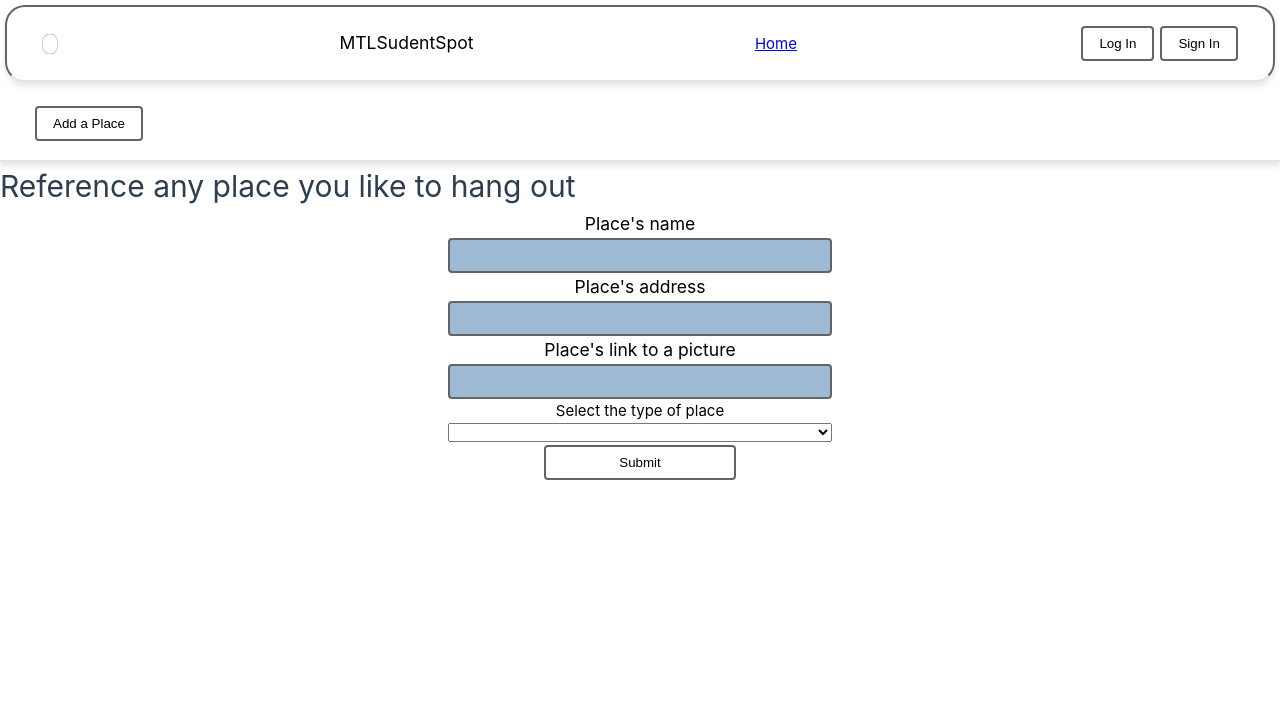
Repository: KevMn6ix/MOD8-2232-GRA-Damois-Leroi--Morant-Munto
Page: /places/add (app in client/)
An editor plug-in stored every save of this project. The page is shown before and after the next save, followed by the edit.
The browser window is 1280 px wide. The pictures show the whole page.
The project was rebuilt for these pictures with package versions that can differ from the ones it lists, and the page was loaded fresh each time. Also part of the build but not shown: client/vite.config.js, client/src/components/HelloWorld.vue, client/src/services/Api.js, client/src/services/AuthentificationService.js, client/src/components/Login.vue, client/src/views/LoginPage.vue, client/src/components/RowLandingPage.vue, client/src/components/PlaceItem.vue and 1 more.

Above is the page before, as saved 2023-10-18 15:15:12.

### client/index.html
<!DOCTYPE html>
<html lang="en">
  <head>
    <meta charset="UTF-8">
    <link rel="icon" href="/favicon.ico">
    <link href="https://cdnjs.cloudflare.com/ajax/libs/font-awesome/5.15.3/css/all.min.css" rel="stylesheet">

    <meta name="viewport" content="width=device-width, initial-scale=1.0">
    <title>Vite App</title>
  </head>
  <body>
    <div id="app"></div>
    <script type="module" src="/src/main.js"></script>
  </body>
</html>

### client/src/assets/main.css
@import './base.css';
/*
#app {
  max-width: 1280px;
  margin: 0 auto;
  padding: 2rem;

  font-weight: normal;
}

a,
.green {
  text-decoration: none;
  color: hsla(160, 100%, 37%, 1);
  transition: 0.4s;
}

@media (hover: hover) {
  a:hover {
    background-color: hsla(160, 100%, 37%, 0.2);
  }
}

@media (min-width: 1024px) {
  body {
    display: flex;
    place-items: center;
  }

  #app {
    display: grid;
    grid-template-columns: 1fr 1fr;
    padding: 0 2rem;
  }
}
*/
@media (prefers-color-scheme: dark) {
  button {
    color:black;
  }
  input {
    color: white;
    background-color: black;
  }
}

### client/src/App.vue
<script setup>
import { RouterLink, RouterView } from 'vue-router'
import HelloWorld from './components/HelloWorld.vue'
</script>

<template >
  <RouterView />

</template>

<style scoped>
template {
  display: flex;
  flex-direction: column;
}

header {
  line-height: 1.5;
  max-height: 100vh;
}

.logo {
  display: block;
  margin: 0 auto 2rem;
}

nav {
  width: 100%;
  font-size: 12px;
  text-align: center;
  margin-top: 2rem;
}

nav a.router-link-exact-active {
  color: var(--color-text);
}

nav a.router-link-exact-active:hover {
  background-color: transparent;
}

nav a {
  display: inline-block;
  padding: 0 1rem;
  border-left: 1px solid var(--color-border);
}

nav a:first-of-type {
  border: 0;
}

@media (min-width: 1024px) {
  header {
    display: flex;
    place-items: center;
    padding-right: calc(var(--section-gap) / 2);
  }

  .logo {
    margin: 0 2rem 0 0;
  }

  header .wrapper {
    display: flex;
    place-items: flex-start;
    flex-wrap: wrap;
  }

  nav {
    text-align: left;
    margin-left: -1rem;
    font-size: 1rem;

    padding: 1rem 0;
    margin-top: 1rem;
  }
}
</style>

### client/src/router/index.js
import { createRouter, createWebHistory } from 'vue-router'
import HomeView from '../views/HomeView.vue'

const router = createRouter({
  history: createWebHistory(import.meta.env.BASE_URL),
  routes: [
    {
      path: '/',
      name: 'home',
      component: HomeView
    },
    {
      path: '/about',
      name: 'about',
      // route level code-splitting
      // this generates a separate chunk (About.[hash].js) for this route
      // which is lazy-loaded when the route is visited.
      component: () => import('../views/AboutView.vue')
    },
    {
      path: '/login',
      name: 'login',

      component: () => import('../views/LoginPage.vue')
    },
    {
      path: '/register',
      name:'register',

      component: () => import('../views/RegisterPage.vue')
    },
    {
      path: '/places/:types',
      name: 'PlacesList',

      component: () => import('../views/PlaceListView.vue')
    },
    {
      path: '/places/review/:id',
      name : 'review',

      component: () => import('../views/PlaceReview.vue')
    },
    {

      path: '/places/:types/:id',
      name: 'PlacePage',

      component: () => import('../views/PlacesPage.vue')

    },
    {
      path: '/places/add',
      name: 'AddPlace',

      component: () => import('../views/AddPageView.vue')
    }
  ]
})

export default router

### client/src/views/HomeView.vue
<script setup>
import { ref } from 'vue'
import NavBar from '../components/NavBar.vue';
import RowLandingPage from '../components/RowLandingPage.vue';
import PlaceList from '../components/PlaceList.vue';
import { RouterLink} from 'vue-router'
import UsePlaceService from '../../server/services/places-service.js';
const userInput = ref('');
const placeService = UsePlaceService();
console.log(placeService.findPlaces())
const tempListPlace = placeService.findPlace()
console.log(tempListPlace)
</script>

<template>
  <header>
    <NavBar @user-input="(termInputed) => {userInput = termInputed;}"/>
  </header>

  <main id="home-body">
    <div v-if="userInput === ''">
    <h1>
      Visit the most beautiful places with MTL<br>Student Spot !
    </h1>
    <ul id="browse">
      <li id="travel"><RouterLink :to="{name : 'PlacesList', params : {types: 'travel'}}"><RowLandingPage textId="travel" textTitle="Travel"/></RouterLink></li>
      <li id="restaurant"><RouterLink :to="{name : 'PlacesList', params : {types: 'restaurants'}}"><RowLandingPage textId="restaurant" textTitle="Restaurant"/></RouterLink></li>
      <li id="activity"><RouterLink :to="{name : 'PlacesList', params : {types: 'activities'}}"><RowLandingPage textId="activity" textTitle="Activity"/></RouterLink></li>
  </ul>
  </div>
  <div v-else id="research">
    <PlaceList :searchTerms="userInput" :placeArray="placeService.findPlaces()"/>
  </div>
  </main>
  <footer>
    <a href="#" aria-label="SoundCloud">
        <i class="footer-icon">🎵</i>  <!-- Emoji used as placeholder for your icons -->
    </a>
    <a href="#" aria-label="Twitter">
        <i class="footer-icon">🐦</i>  <!-- Emoji used as placeholder for your icons -->
    </a>
    <a href="#" aria-label="YouTube">
        <i class="footer-icon">▶️</i>  <!-- Emoji used as placeholder for your icons -->
    </a>
    <a href="#" aria-label="Instagram">
        <i class="footer-icon">📷</i>  <!-- Emoji used as placeholder for your icons -->
    </a>
    <a href="#" aria-label="Facebook">
        <i class="footer-icon">📘</i>  <!-- Emoji used as placeholder for your icons -->
    </a>
  </footer>

</template>
<style scoped>
body, html {
    font-family: Arial, sans-serif;
    margin: 0;
    padding: 0;
}

:root {
    --color-background-header: #9fbad4;
    --color-background-default: #9fbad4;
    --color-background-travel: #a2c4ec;
    --color-background-activity: #9EB3CB;
    --text-color-default: #FFF;
    --border-color-place: #FFF;

}

/* Dark Mode Variables */
@media (prefers-color-scheme: dark) {
    :root {
        --color-background-header: #9fbad4;  /* Adjusted for contrast in dark mode */
        --text-color-default: #FFF;
        --border-color-place: #000;
        /* The blue shades remain the same as you wanted */
    }
}

/* Header styles */
header {
    display: flex;
    justify-content: space-between;
    align-items: center;
    padding: 1rem 2rem;
    background-color: var(--color-background-header);
    color: var(--text-color-default);
    box-shadow: 0 4px 6px rgba(0, 0, 0, 0.1);
    border-bottom: 2px solid rgba(0, 0, 0, 0.1);
}

header > div:last-child {
    display: flex;
    gap: 1rem;

    a, button {
        padding: 0.5rem 1rem;
        border-radius: 0.25rem;
        transition: background-color 0.3s ease;
        text-decoration: none;
    }

    button {
        background-color: var(--color-background-travel);
        color: #FFF;
        border: none;
        cursor: pointer;
    }

    a {
        color: var(--text-color-default);
    }

    button:hover, a:hover {
        background-color: #7faedc;
    }
}

/* Main content styles */
main {

    background-color: var(--color-background-default);
    text-align: center;
    padding: 2rem 0;
    color: var(--text-color-default);
}

#home-body {

    background-image: url('../assets/montrealbynight.jpg');
    background-size: 1520px;
    background-repeat: repeat;
    background-position: 30%;
    position: relative;
    z-index: 1;
}

#home-body::before {
    content: '';
    display: block;
    position: absolute;
    top: 0;
    right: 0;
    bottom: 0;
    left: 0;
    background-color: rgba(2, 7, 16, 0.84);
    z-index: -1;
}

h1 {
    font-size: 2.5rem;
    margin-bottom: 2rem;
    color: white;
}

ul#browse {
    list-style: none;
    padding: 0;
    display: flex;
    flex-direction: column;
    margin: 0;
}

ul#browse li {
  padding: 0;
  margin: 0px;
  border: 8px solid #fff;
  border-right: 4px solid #fff;
  border-left: 4px solid #fff;
  border-bottom: 0px;
  transition: background-color 0.3s ease;
  background-color: rgba(2, 7, 16, 0.84);
  height: 350px;
  background-size: cover;
  display: flex;
  justify-content: center;
  align-items: center;
  font-weight: bold;

}

ul#browse li#activity{

    border-bottom: 8px solid #fff;

}

@media (prefers-color-scheme: dark){

    ul#browse li{

        border: 8px solid #5c5a5a;
        border-right: 4px solid #5c5a5a;
        border-left: 4px solid #5c5a5a;

    }

    ul#browse li#activity{

        border-bottom: 8px solid #5c5a5a;

    }

}

ul#browse li > * {
    color: black;
    font-weight: bold;
    width: 100%;
    text-align: center;
}

#travel > *{
    text-align: left;
}

#restaurant > *{
    text-align: right;
}


#restaurant, #travel, #activity {
    background-size: cover;
    position: relative;
}

#restaurant::before, #travel::before, #activity::before {

    content: "";
    position: absolute;
    top: 0;
    right: 0;
    bottom: 0;
    left: 0;
    background-color: inherit;
    opacity: 0.40;
    pointer-events: none;
}


#restaurant {
    background-image: url('../assets/restaurant.jpg');
    background-color: var(--color-background-default);
    background-position: center;
    justify-content: flex-end;
}

#travel {
    background-image: url('../assets/travel.jpg');
    background-color: var(--color-background-travel);
    background-position: center;
    justify-content: flex-start;
}

#activity {
    background-image: url('../assets/jetski.jpg');
    background-color: var(--color-background-activity);
    background-position: center;
    justify-content: flex-start;

}

/* Add hover effects */
ul#browse li:hover {
    background-color: rgba(0, 0, 0, 0.1);
}

/* Footer styles */
footer {
  z-index: 1000;
    display: flex;
    justify-content: space-around;
    align-items: center;
    bottom: 0;

    left: 0;
    width: 100%;
    background-color: #1a1a1a;
    padding: 10px 0;
}

.footer-icon {
    font-size: 24px;
    color: white;
    transition: 0.3s;
}

footer a:hover .footer-icon {
    color: #A5BDD9;
}

/* Media Queries for screen size */
@media screen and (max-width: 768px) {  /* For tablets */
    header {
        flex-direction: column;
    }

    ul#browse {
        gap: 0.5rem;
    }

    footer {
        flex-wrap: wrap;
    }
}

@media screen and (max-width: 480px) {  /* For mobile phones */
    header > div {
        flex-direction: column;
        gap: 0.5rem;
    }

    h1 {
        font-size: 2rem;
    }

    ul#browse li {
        padding: 0.5rem 0;
    }

    footer {
        flex-direction: column;
    }
}
</style>

### client/src/views/AddPageView.vue
<script setup>
import { RouterLink } from 'vue-router';
import TheAddPlaceForm from '../components/TheAddPlaceForm.vue';
import  BarOutsideHome from '../components/BarOutsideHome.vue';
import UsePlaceService from '../../server/services/places-service.js';
const placeService = UsePlaceService()
</script>
<template>
    <header>
        <BarOutsideHome/>
    </header>
    <h1>
        Reference any place you like to hang out
    </h1>
    <TheAddPlaceForm @user-input="(termInputed) => {placeService.addPlace(termInputed.Title, termInputed.Address, termInputed.Type, termInputed.Picture); console.log(UsePlaceService().findPlaces())}"/>
</template>
<style scoped>
*{
    min-width: 333px;
}

header >*{
    display: flex;
    justify-content: space-between;
    align-items: center;
    padding: 1rem 2rem;
    background-color: var(--color-background-header);
    color: var(--text-color-default);
    box-shadow: 0 4px 6px rgba(0, 0, 0, 0.1);
    border-bottom: 2px solid rgba(0, 0, 0, 0.1);
}

header > div:last-child {
    display: flex;
    gap: 1rem;

    a, button {
        padding: 0.5rem 1rem;
        border-radius: 0.25rem;
        transition: background-color 0.3s ease;
        text-decoration: none;
    }

    button {
        background-color: var(--color-background-travel);
        color: #FFF;
        border: none;
        cursor: pointer;
    }

    a {
        color: var(--text-color-default);
    }

    button:hover, a:hover {
        background-color: #7faedc;
    }
}
</style>

### client/src/components/NavBar.vue
<script setup>
import { ref } from 'vue'
import LoginPage from '../views/LoginPage.vue'
import TheSubHeader from './TheSubHeader.vue';
const emit = defineEmits(['user-input'])
const UserInput = ref('')
function sendUserInput() {
    console.log(UserInput.value)
    emit('user-input', UserInput.value)
}
</script>
/** This component is hte bar at the top of the screen */
<template>
    <nav id="head-bar">
        <img src="../assets/logoMTL.png">
        <h3>
            MTLSudentSpot
        </h3>
        <input type="text" v-model="UserInput" @input="sendUserInput">
        <div>
        <router-link to='/login'>
        <button>
            Log In
        </button>
        </router-link>
        <router-link to="/register">
        <button>
            Sign In
        </button>
        </router-link>
    </div>
    <div id="sub-header">
    <TheSubHeader/></div>
    </nav>

</template>
<style>

:root{

    --color-navbar: #9fbad4;
    --text-navbar-color-default: #000;
    --color-input: #9fbad4;
    --button-border: #646464;
    --color-button: #fff;
    --button-hover: #7faedc;
}

@media (prefers-color-scheme: dark){

    :root{

        --text-navbar-color-default: #FFF;
        --color-navbar: #211f1f;
        --color-input: #312e2e;
        --button-border: #646464;
        --color-button: #312e2e;
        --button-hover: #646464;

    }

}

nav {
    display: flex;
    justify-content: space-between;
    align-items: center;
    background-color: var(--color-navbar);
    padding: 1rem 2rem;
    box-shadow: 0 4px 6px rgba(0, 0, 0, 0.1);
    border-bottom: 2px solid rgba(0, 0, 0, 0.1);
    border-radius: 20px;
    border: 2px solid var(--button-border);
    margin: 5px;
}

h3{

    color: var(--text-navbar-color-default);

}

button {
    background-color: var(--color-button);
    color: var(--text-navbar-color-default);
    border: none;
    padding: 0.5rem 1rem;
    border-radius: 0.25rem;
    cursor: pointer;
    transition: background-color 0.3s ease;
    margin: 3px;
    border: 2px solid var(--button-border);
}

button:hover {
    background-color: var(--button-hover);
}

button:visited {
    color: white; /* Set the text color to yellow when the button is active (clicked) */
}

img {
    height: 20px;
    width: 16px;
}

input {
    flex-grow: 3;
    padding: 0.5rem;
    border: none;
    border-radius: 0.25rem;
    background-color: var(--color-input);
    color: var(--text-navbar-color-default);
    border: 2px solid var(--button-border);
    margin: 0 1rem;
}

#sub-header {
    text-align: center;
}
</style>

### client/server/services/places-service.js
let id = 0;
const placeList = [
  {Id: ++id, Type: "restaurant", Title: "Brutopia", Address: "888 rjij", Rating: 4, HygieneRating: 5, AmbianceRating: 3, PriceRating: 5, Picture: "https://css-tricks.com/wp-content/uploads/2018/10/align-items.svg"},
  {Id: ++id, Type: "activity",Title: "cheval blanc", Address: "56656 fd", Rating: 3, HygieneRating: 3, AmbianceRating: 4, PriceRating: 2},
  {Id: ++id, Type: "travel",Title: "nyx", Address: "86 sfd", Rating: 3, HygieneRating: 4, AmbianceRating: 4, PriceRating: 2},
  {Id: ++id, Type: "restaurant",Title: "bnyx", Address: "86 sfd", Rating: 3, HygieneRating: 4, AmbianceRating: 4, PriceRating: 2, Picture:"https://cdn4.buysellads.net/uu/1/134955/1685040267-designdotdev5.jpg"}
]

let idRating = 0
const PlaceRating = [
    {Id: ++idRating, IdPlace: 2, HygieneRating: 3, AmbianceRating: 4, PriceRating: 2, CommentRate:"Nice place."},
    {Id: ++idRating, IdPlace: 1, HygieneRating: 5, AmbianceRating: 3, PriceRating: 5, CommentRate:"I like to go there."},
    {Id: ++idRating, IdPlace: 4, HygieneRating: 4, AmbianceRating: 4, PriceRating: 2, CommentRate:"They cook my favorite food."},
    {Id: ++idRating, IdPlace: 3, HygieneRating: 4, AmbianceRating: 4, PriceRating: 2, CommentRate:"I went there while visiting."}
]


function findPlaces() {
    return placeList
}

function findPlace(id) {
    for (let place of placeList) {
        if (place.Id == id) {
            return place
        }

    }
    return null
}

function sumAmbiance(listOfRatings) {
    let res = 0;
    for (let rating of listOfRatings) {
        res += rating.AmbianceRating;
    }
    console.log(res)
    return res;
}

function sumHygiene(listOfRatings) {
    let res = 0;
    for (let rating of listOfRatings) {
        res += rating.HygieneRating;
    }

    return res;
}
function sumPrice(listOfRatings) {
    let res = 0;
    for (let rating of listOfRatings) {
        res += rating.PriceRating;
    }
    console.log(res)
    return res;
}

function findRatingsAbout(id) {
    /*console.log(PlaceRating)*/
    return PlaceRating.filter((rating) => {  return rating.IdPlace == id});
}

function actualiseRating(id) {
    const place = findPlace(id);
    console.log(findRatingsAbout(id))
    place.AmbianceRating = Math.round(sumAmbiance(findRatingsAbout(id))/(findRatingsAbout(id).length))
    place.PriceRating = Math.round(sumPrice(findRatingsAbout(id))/(findRatingsAbout(id).length))
    place.AmbianceRating = Math.round(sumHygiene(findRatingsAbout(id))/(findRatingsAbout(id).length))
    place.Rating = Math.round((place.AmbianceRating + place.HygieneRating + place.PriceRating)/3);
}

function addRating(idPlace, hygieneRating, ambianceRating, priceRating, commentRate) {
    /*
    console.log("^^^^^^^^^^^^^^^^^^^^^^^^")
    console.log(idPlace)
    console.log("^^^^^^^^^^^^^^^^^^^^^^^^^^^^")
    */
   const newRating = {}
   newRating["Id"] = idRating++
   newRating["IdPlace"] = placeList[idPlace - 1].Id
   newRating["HygieneRating"] = hygieneRating
   newRating["AmbianceRating"] = ambianceRating
   newRating["PriceRating"] = priceRating
   newRating["CommentRate"] = commentRate
    PlaceRating.push(newRating)
    /*
    console.log("#################")
    console.log(PlaceRating[idRating - 1].IdPlace)
    console.log("##############################")
    */
    actualiseRating(idPlace)
}


function findRatings() {
    return PlaceRating
}

function findRating(id) {
    for (let rating of PlaceRating) {
        if (rating.Id == id) {
            return rating
        }

    }
    return null
}





function addPlace(title, address, type, picture) {
    const newPlace = {}
    newPlace["Id"] =id++
    newPlace["Type"] =type
    newPlace["Title"] =title
    newPlace["Address"] =address
    newPlace["Rating"] =0
    newPlace["HygieneRating"] =0
    newPlace["AmbianceRating"] =0
    newPlace["PriceRating"] =0
    newPlace["Picture"] =picture
    placeList.push(newPlace)
}


export default function UsePlaceService () {
    return {
    findPlaces,
    findPlace,
    addPlace,
    findRatings,
    findRating,
    addRating,
    findRatingsAbout
}}

### client/src/components/BarOutsideHome.vue
<script setup>
import { ref } from 'vue'
import LoginPage from '../views/LoginPage.vue'
import { RouterLink } from 'vue-router';
import TheSubHeader from './TheSubHeader.vue';
const emit = defineEmits(['user-input'])
const UserInput = ref('')
function sendUserInput() {
    console.log(UserInput.value)
    emit('user-input', UserInput.value)
}
</script>
/** This component is the bar at the top of the screen */
<template>
    <nav id="head-bar">
        <img src="../assets/logoMTL.png">
        <h3>
            MTLSudentSpot
        </h3>
        <RouterLink to="/">
            Home
        </RouterLink>
        <div>
        <router-link to='/login'>
        <button>
            Log In
        </button>
        </router-link>
        <router-link to="/register">
        <button>
           Sign In
        </button>
    </router-link>
    </div>
</nav>
<div id="sub-header">
<TheSubHeader/></div>
</template>
<style>
nav {
    display: flex;
    flex-wrap: wrap;
    justify-content: space-between;
    align-items: center;
    flex-grow: 3;
    min-width: 178px;
    gap: 20px;
}
img {
    margin-left: 3px;
    height: 20px;
    width: 16px;
}
input {
    flex-grow: 3;
}
#sub-header {
    text-align: center;
}
</style>

### client/src/components/TheAddPlaceForm.vue
<script setup>
import { ref } from 'vue'
import AddPlaceInput from './AddPlaceInput.vue';
const emit = defineEmits(['user-input'])
const UserInput = ref({
    Type: '',
    Title: '',
    Address: '',
    Picture: ''
})
function sendUserInput() {
    console.log(UserInput.value)
    emit('user-input', UserInput.value)
}
function displayUserInput() {
    console.log(UserInput.value)
}
</script>
<template>
    <div id="form-body">
    <AddPlaceInput type="text" @user-input="(termInputed) => {UserInput.Title = termInputed}">
        Place's name
    </AddPlaceInput>
    <AddPlaceInput type="text" @user-input="(termInputed) => {UserInput.Address = termInputed}">
        Place's address
    </AddPlaceInput>
    <AddPlaceInput type="text" @user-input="(termInputed) => {UserInput.Picture = termInputed}">
        Place's link to a picture
    </AddPlaceInput>

    <label for="place-type">
        Select the type of place
    </label>
    <div id="form-nested-body">
    <select name="place-type" v-model="UserInput.Type">
        <option value="restaurant">Restaurant</option>
        <option value="activity">Activity</option>
        <option value="travel">Travel</option>
    </select>
    <button @click="sendUserInput">
        Submit
    </button>
</div>
    </div>
</template>
<style scoped>
* {
    min-width: 333px;

}
#form-body {
    background-color: var(--color-background-activity);
    display: flex;
    flex-direction: column;
    color: black;
    justify-content: center;
    @media (prefers-color-scheme: dark) {
        color: white;
    }
}
button {
    min-width: 50px;
    width: 15%;
    margin-left: 42.5%;
    flex-shrink: 3;
}
select {
    min-width: 30px;
    width: 30%;
}
label {
    text-align: center;
}
#form-nested-body {
    display: flex;
    flex-direction: column;

}
select {
    margin-left: 35%;
}
</style>

### client/src/components/TheSubHeader.vue
<script setup>
import { RouterLink } from 'vue-router';
</script>
<template>
  <RouterLink to="/places/add">
    <button>
       Add a Place
    </button>
  </RouterLink>
</template>
<style scoped>
:root {
  --light-color-background-restaurant: #A5BDD9;
    --light-color-background-travel: #a2c4ec;
    --light-color-background-activity: #9EB3CB;
    --dark-color-background-restaurant: #a2c4ec9d;
    --dark-color-background-travel: #a5bdd971;
    --dark-color-background-activity: #9eb3cb0e;
    --color-background-restaurant: var(--light-color-background-restaurant);
    --color-background-travel: var(--light-color-background-travel);
    --color-background-activity: var(--light-color-background-activity);
    @media (prefers-color-scheme: dark) {
      --color-background-restaurant: var(--dark-color-background-restaurant);
        --color-background-travel: var(--dark-color-background-travel);
        --color-background-activity: var(--dark-color-background-activity);
    }
}
p {
    min-width: 333px;
    text-align: center;
    size: 50%;
    padding: 0;
    margin: 0;
}
</style>

### client/src/components/AddPlaceInput.vue
<script setup>
import { ref } from 'vue'
const emit = defineEmits(['user-input'])
const UserInput = ref('')
function sendUserInput() {
    console.log(UserInput.value)
    emit('user-input', UserInput.value)
}
const inputType = defineProps({
    Type: String
})
</script>
<template>
    <div id="enter">
    <h3>
        <slot>
        </slot>
    </h3>
    <input :type="inputType.Type" v-model="UserInput" @input="sendUserInput">
    </div>
</template>
<style scoped>
h3 {
    text-align: center;
}
input {
    min-width: 30px;
    width: 30%;
}
#enter {
    display: flex;
    flex-direction: column;
    align-items: center;
}
</style>

Loaded but not shown: client/src/main.js (common file); client/src/assets/base.css (common file)

After the next save:
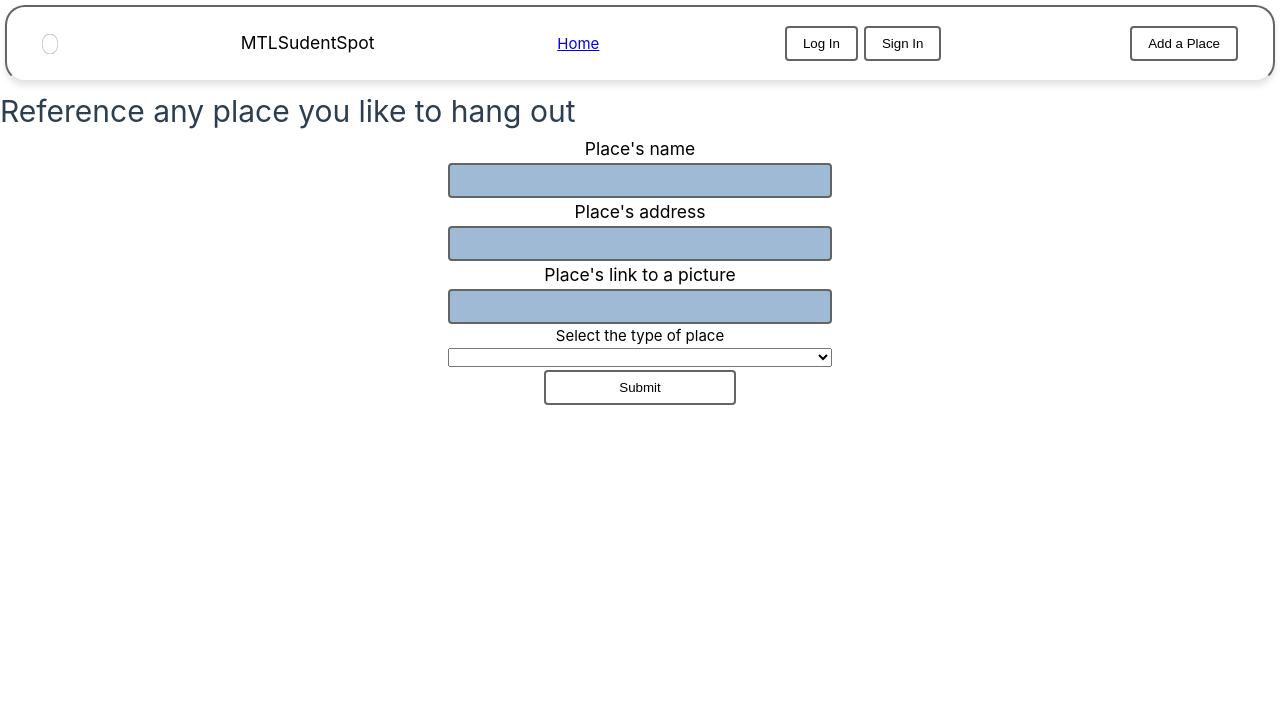
Saved 18 s later.
--- a/client/src/components/BarOutsideHome.vue
+++ b/client/src/components/BarOutsideHome.vue
@@ -32,9 +32,10 @@ function sendUserInput() {
         </button>
     </router-link>
     </div>
+    <div id="sub-header">
+<TheSubHeader/></div>
 </nav>
-<div id="sub-header">
-<TheSubHeader/></div>
+
 </template>
 <style>
 nav {
